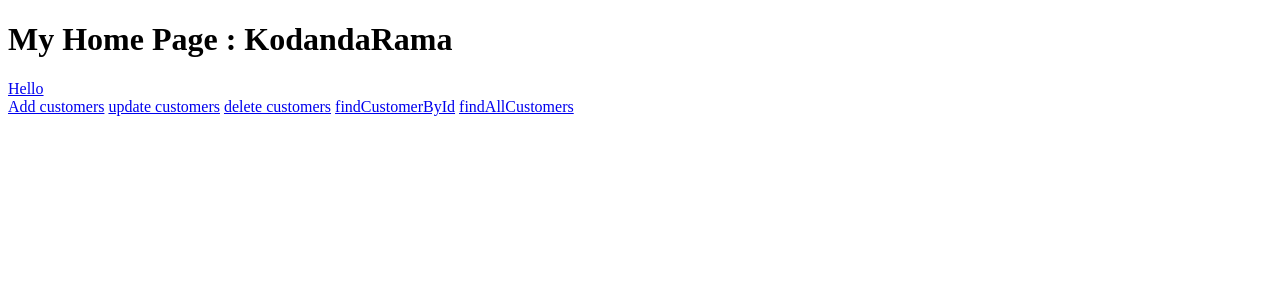
Repository: Rama-13/LaunchPadAllFiles
Page: java-workspace/SpringMVCDemo/WebContent/index.html
An editor plug-in stored every save of this project. The page is shown before and after the next save, followed by the edit.
The browser window is 1280 px wide. The pictures show the whole page.

Above is the page before, as saved 2019-08-01 09:43:16.

### java-workspace/SpringMVCDemo/WebContent/index.html
<!DOCTYPE html>
<html>
<head>
<meta charset="ISO-8859-1">
<title>Spring MVC</title>
</head>
<body>
<h1>My Home Page : KodandaRama</h1>
<a href = "Hello.html">Hello</a><br>
<a href = "addcustomers.do">Add customers</a>
<a href = "updatecustomers.do">update customers</a>
<a href = "deletecustomers.do">delete customers</a>
<a href = "findByIdcustomers.do">findCustomerById</a>
<a href = "findAllcustomers.do">findAllCustomers</a>

</body>
</html>

After the next save:
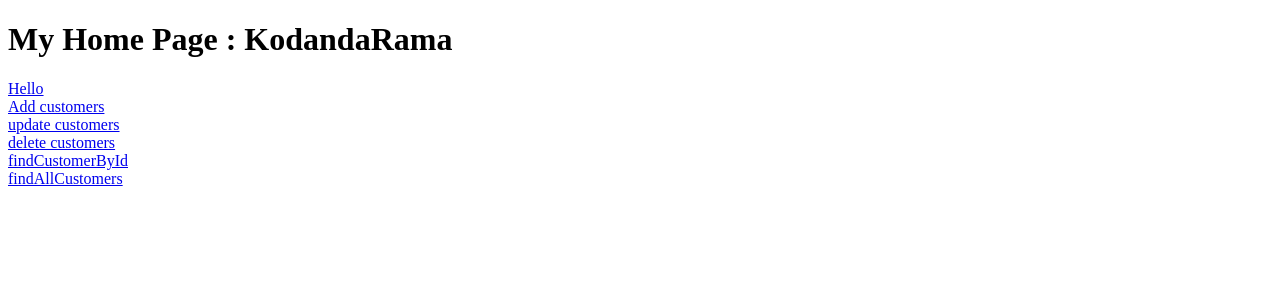
Saved 62 s later.
--- a/java-workspace/SpringMVCDemo/WebContent/index.html
+++ b/java-workspace/SpringMVCDemo/WebContent/index.html
@@ -7,11 +7,11 @@
 <body>
 <h1>My Home Page : KodandaRama</h1>
 <a href = "Hello.html">Hello</a><br>
-<a href = "addcustomers.do">Add customers</a>
-<a href = "updatecustomers.do">update customers</a>
-<a href = "deletecustomers.do">delete customers</a>
-<a href = "findByIdcustomers.do">findCustomerById</a>
-<a href = "findAllcustomers.do">findAllCustomers</a>
+<a href = "addcustomers.do">Add customers</a></br>
+<a href = "updatecustomers.do">update customers</a></br>
+<a href = "deletecustomers.do">delete customers</a></br>
+<a href = "findByIdcustomers.do">findCustomerById</a></br>
+<a href = "findAllcustomers.do">findAllCustomers</a></br>
 
 </body>
 </html>
